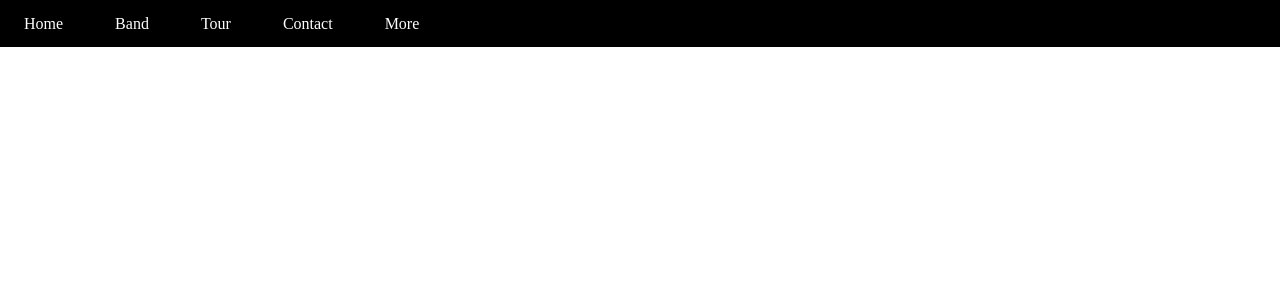
Repository: Dino0411/Dino0411.github.io
Page: index.html
The author's editor kept a copy of each file at every save. The page is drawn from the files as they stood at one save, then again after the next save.
The browser window is 1280 px wide. The pictures show the whole page.
The pointer rests on the first visible `#nav li`.

Above is the page before, as saved 2021-10-03 18:21:08.

### index.html
<!DOCTYPE html>
<html lang="en">
<head>
    <meta charset="UTF-8">
    <meta http-equiv="X-UA-Compatible" content="IE=edge">
    <meta name="viewport" content="width=device-width, initial-scale=1.0">
    <link rel="stylesheet" href="./assets/css/style.css">
    <title>Document</title>
</head>
<body>
    <div id="main">
        <!-- TODO:header -->
        <div id="header">
            <ul id="nav">
                <li><a href="">Home</a></li>
                <li><a href="">Band</a></li>
                <li><a href="">Tour</a></li>
                <li><a href="">Contact</a></li>
                <li>
                    <a href="">More</a>
                    <ul class="subnav">
                        <li><a href="">Merchandise</a></li>
                        <li><a href="">Extras</a></li>
                        <li><a href="">Media</a></li>
                    </ul>
                </li>
            </ul>
        </div>
        <!-- TODO:slider -->
        <div id="slider">

        </div>
        <!-- TODO:content -->
        <div id="content">

        </div>
        <!-- TODO:footer -->
        <div id="footer">

        </div>
    </div>
</body>
</html>

### assets/css/style.css
/* ! reser css
    ! Emmet(p0;m0)
*/
* {
  margin: 0;
  padding: 0;
  box-sizing: border-box;
}

html {
  font-family: cursive;
}
/* TODO:start
TODO: từ ngoài vào trong
TODO: từ trên xuống dưới
TODO:tổng quan đến chi tiết
*/

/*
? vị trí
? kích thước(width,height)
? màu sắc
? kiểu dáng(kiểu chữ,...)
*/
#main {
}
#header {
  height: 47px;
  background-color: #000;
}
#nav {
}
#nav li {
  display: inline-block;
}
#nav li a {
  color: #fff;
  text-decoration: none;
  line-height: 47px;
  padding: 0 24px;
}
#nav .subnav {
  display: none;
}
#slider {
}
#content {
}
#footer {
}

After the next save:
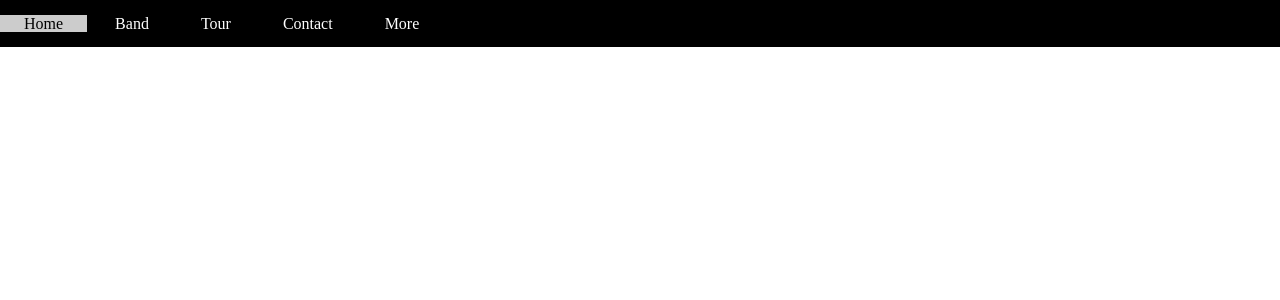
Saved 3 min 9 s later.
--- a/assets/css/style.css
+++ b/assets/css/style.css
@@ -39,6 +39,10 @@
   line-height: 47px;
   padding: 0 24px;
 }
+#nav li:hover a {
+  color: #000;
+  background-color: #ccc;
+}
 #nav .subnav {
   display: none;
 }
